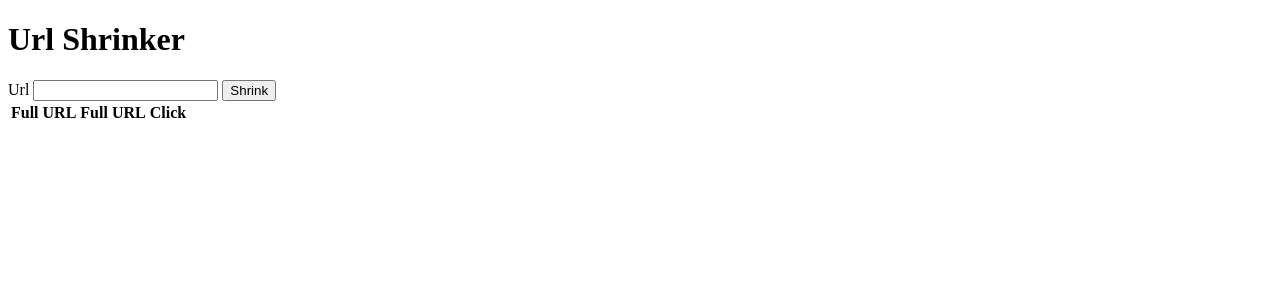
Repository: mohamediyas/urlShorter
Page: http://localhost/
These files come from the project's save history. The page is drawn as it stood at one moment and after the next save; the edit follows.
The browser window is 1280 px wide. The pictures show the whole page.
The page is served by the project's Node server (index.js).

Above is the page before, as saved 2022-10-22 13:22:59.

After the next save:
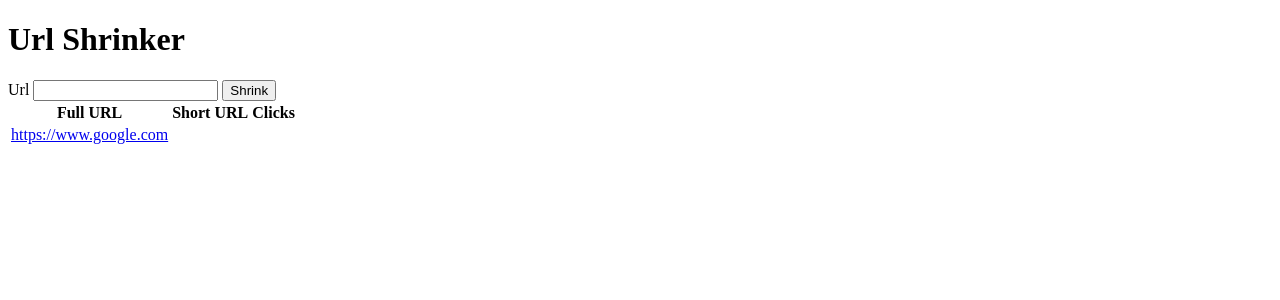
Saved 81 s later.
--- a/views/index.ejs
+++ b/views/index.ejs
@@ -20,10 +20,18 @@
       <thead>
         <tr>
           <th>Full URL</th>
-          <th>Full URL</th>
-          <th>Click</th>
+          <th>Short URL</th>
+          <th>Clicks</th>
         </tr>
       </thead>
+
+      <tbody>
+        <tr>
+          <td>
+            <a href="https://www.google.com">https://www.google.com</a>
+          </td>
+        </tr>
+      </tbody>
     </table>
   </body>
 </html>
